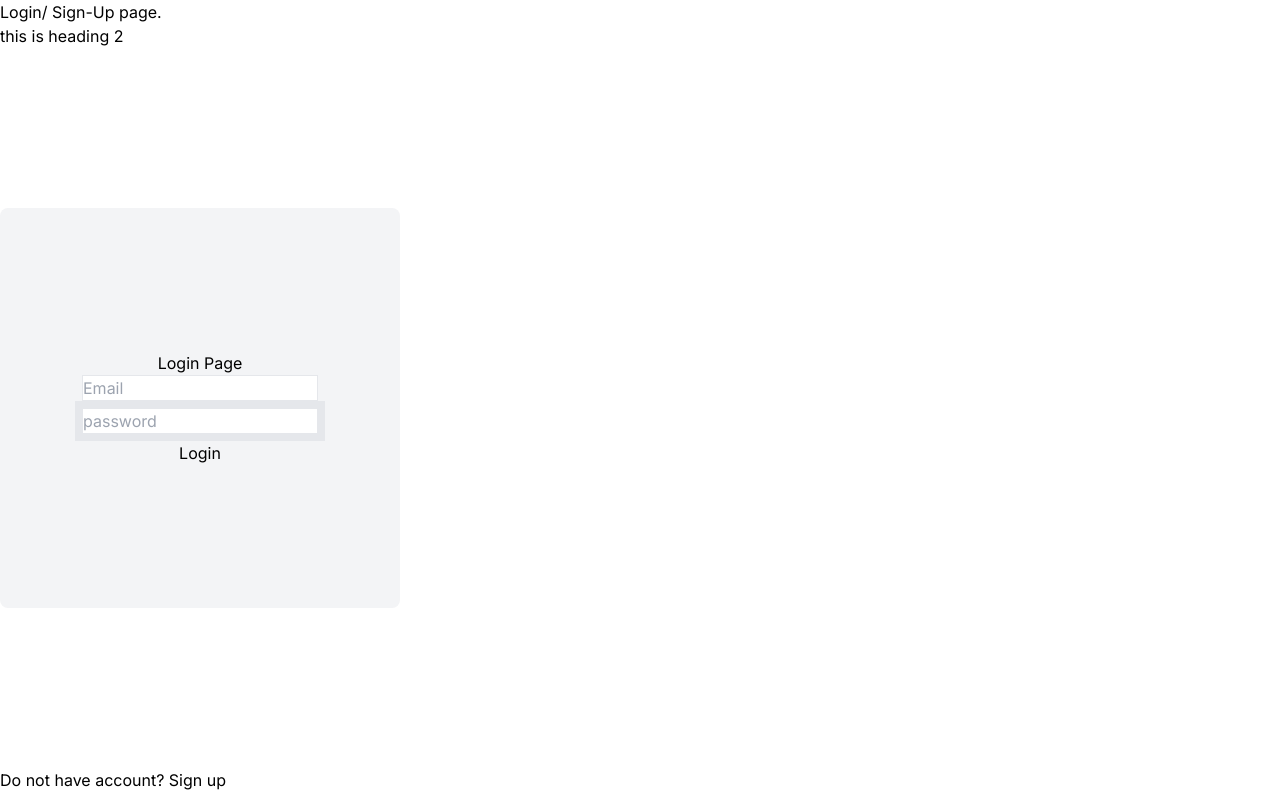
Repository: its-kundan/food-on-time
Page: /restaurant
The author's editor kept a copy of each file at every save. The page is drawn from the files as they stood at one save, then again after a run of saves.
The browser window is 1280 px wide. The pictures show the whole page.
The project was rebuilt for these pictures with package versions that can differ from the ones it lists, and the page was loaded fresh each time. The framework's server and built-in components were replaced by stand-ins that run in the browser. Also part of the build but not shown: next.config.mjs, src/app/_components/SignUp.jsx.

Above is the page before, as saved 2024-07-24 23:37:02.

### src/app/restaurant/page.js
/* disable eslint */
"use client"
import React from 'react'
import { useState } from 'react';

import Login from '@/app/_components/Login'
import Signup from '@/app/_components/Signup'

function Restaurant() {
    const [login,setLogin] = useState(true);
  return (
    <>
    <h1> Login/ Sign-Up page.</h1>
    <h2> this is heading 2</h2>
    {
        login?<Login/>:<Signup/>
    }


    <div>

    <button className="border-0 " onClick={()=>{setLogin(!login)}}>
      {login?"Do not have account? Sign up":"Already have an account? Login"}

    </button>
    </div>
    </>
  )
}

export default Restaurant

### src/app/_components/Login.jsx
import React from 'react'

function Login() {
  return (
    <>
    <div className='flex justify-center items-center h-screen w-[400px]'>

        <div className='flex flex-col border-3 shadow-4 h-[400px] w-[400px] items-center justify-center bg-gray-100 dark:bg-gray-800 rounded-lg'>
        <h3> Login  Page</h3>
        <input className='border ' type="email" placeholder="Email" />

        <input className='border-8' type="password" placeholder="password" />

        <button>Login</button>
        </div>
    </div>
    </>
  )
}

export default Login


// import React from 'react'

// function page() {
//   return (
//     <div>
//       <h1> Login page</h1>
//     </div>
//   )
// }

// export default page


// import { useState } from 'react';

// export default function LoginPage() {
//   const [email, setEmail] = useState('');
//   const [password, setPassword] = useState('');
//   const [isDarkMode, setIsDarkMode] = useState(false);

//   const handleLogin = () => {
//     // Handle login logic here
//     console.log('Logging in with:', { email, password });
//   };

//   const toggleDarkMode = () => {
//     setIsDarkMode(!isDarkMode);
//   };

//   return (
//     <div className={isDarkMode ? 'dark' : ''}>
//       <div className="min-h-screen flex items-center justify-center bg-gray-100 dark:bg-gray-900">
//         <div className="bg-white dark:bg-gray-800 p-6 rounded-lg shadow-lg w-full max-w-md">
//           <h2 className="text-2xl font-bold mb-6 text-gray-900 dark:text-white">Login</h2>
//           <div className="mb-4">
//             <label className="block text-gray-700 dark:text-gray-300 text-sm font-bold mb-2" htmlFor="email">
//               Email
//             </label>
//             <input
//               type="email"
//               id="email"
//               placeholder="Email"
//               value={email}
//               onChange={(e) => setEmail(e.target.value)}
//               className="shadow appearance-none border rounded w-full py-2 px-3 text-gray-700 dark:text-gray-300 dark:bg-gray-900 leading-tight focus:outline-none focus:shadow-outline"
//             />
//           </div>
//           <div className="mb-6">
//             <label className="block text-gray-700 dark:text-gray-300 text-sm font-bold mb-2" htmlFor="password">
//               Password
//             </label>
//             <input
//               type="password"
//               id="password"
//               placeholder="Password"
//               value={password}
//               onChange={(e) => setPassword(e.target.value)}
//               className="shadow appearance-none border rounded w-full py-2 px-3 text-gray-700 dark:text-gray-300 dark:bg-gray-900 leading-tight focus:outline-none focus:shadow-outline"
//             />
//           </div>
//           <div className="flex items-center justify-between">
//             <button
//               onClick={handleLogin}
//               className="bg-blue-500 hover:bg-blue-700 text-white font-bold py-2 px-4 rounded focus:outline-none focus:shadow-outline"
//             >
//               Login
//             </button>
//             <button
//               onClick={toggleDarkMode}
//               className="bg-gray-500 hover:bg-gray-700 text-white font-bold py-2 px-4 rounded focus:outline-none focus:shadow-outline"
//             >
//               {isDarkMode ? 'Light Mode' : 'Dark Mode'}
//             </button>
//           </div>
//         </div>
//       </div>
//     </div>
//   );
// }

Loaded but not shown: src/app/layout.js (common file); src/app/globals.css (common file); tailwind.config.js (common file)

After the next 4 saves:
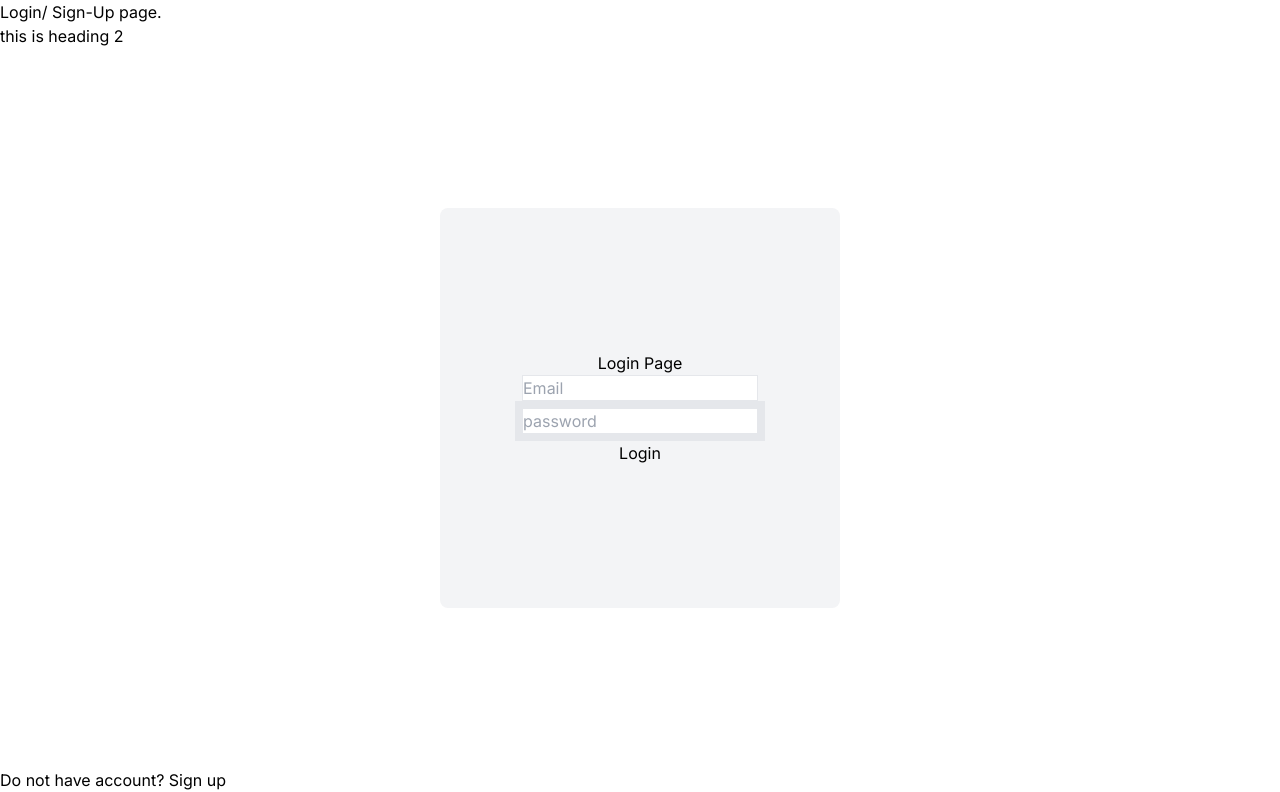
The 4 saves are shown as one change because they came seconds apart.
The last was saved 10 s later.
--- a/src/app/_components/Login.jsx
+++ b/src/app/_components/Login.jsx
@@ -3,7 +3,7 @@ import React from 'react'
 function Login() {
   return (
     <>
-    <div className='flex justify-center items-center h-screen w-[400px]'>
+    <div className='flex justify-center items-center h-screen w-screen'>
 
         <div className='flex flex-col border-3 shadow-4 h-[400px] w-[400px] items-center justify-center bg-gray-100 dark:bg-gray-800 rounded-lg'>
         <h3> Login  Page</h3>
